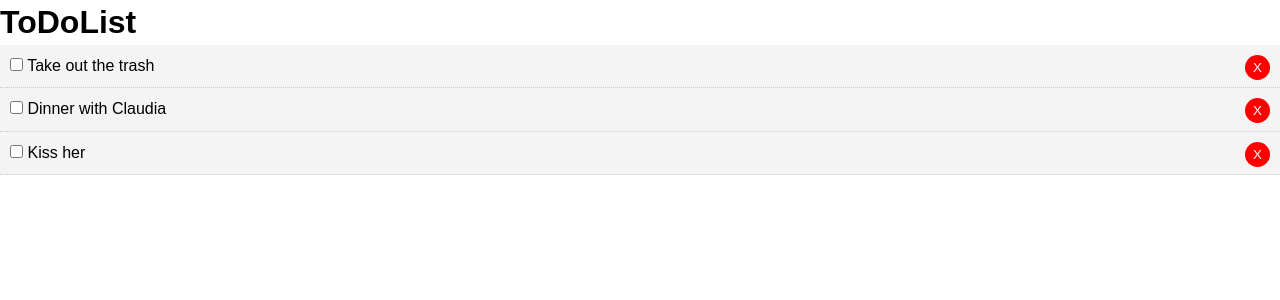
Repository: konstantin0s/todo-react
Page: /
These files come from the project's save history. The page is drawn as it stood at one moment and after a run of saves; the edit follows.
The browser window is 1280 px wide. The pictures show the whole page.
The project was rebuilt for these pictures with package versions that can differ from the ones it lists, and the page was loaded fresh each time.

Above is the page before, as saved 2019-03-09 16:08:54.

After the next 2 saves:
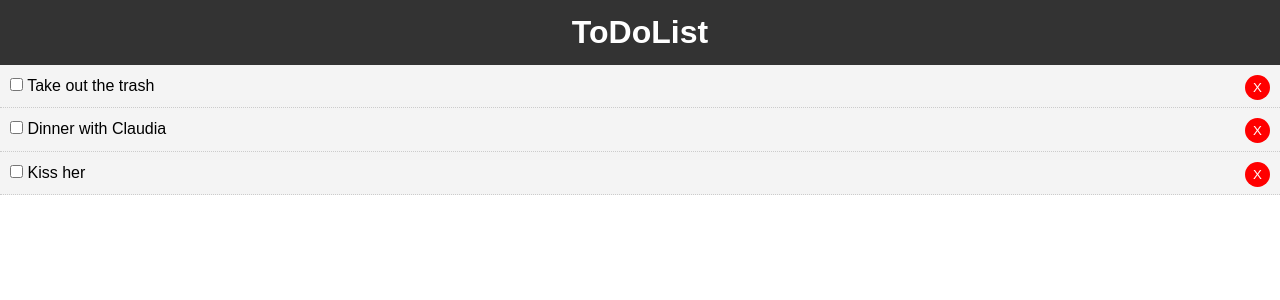
The 2 saves are shown as one change because 1 did not build or start.
The last was saved 83 s later.
--- a/src/components/layout/Header.js
+++ b/src/components/layout/Header.js
@@ -2,8 +2,16 @@ import React from 'react'
 
 export default function Header() {
   return (
-   <header>
+   <header style={headerStyle}>
      <h1>ToDoList</h1>
    </header>
   )
 }
+
+
+const headerStyle = {
+  background: '#333',
+  color: '#fff',
+  textAlign: 'center',
+  padding: '10px'
+}
